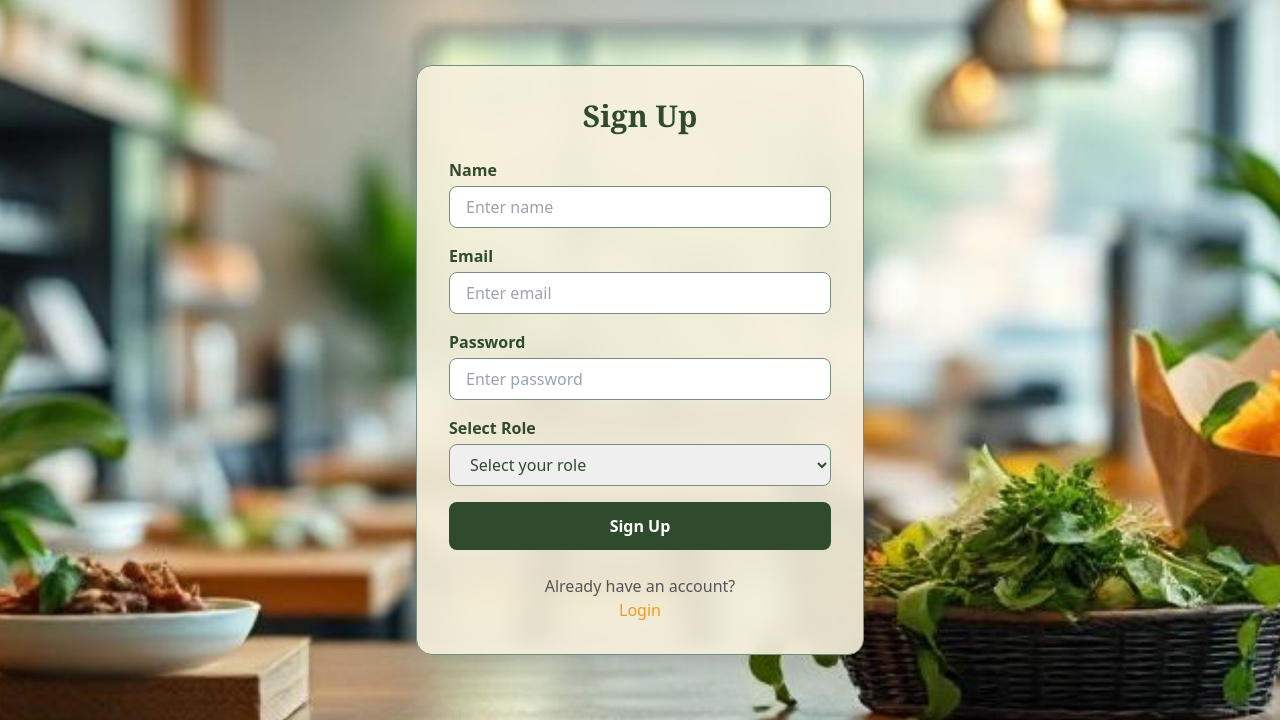
Repository: mahekagrawal25/restaurant-waste-management
Page: frontend/signup.html
An editor plug-in stored every save of this project. The page is shown before and after a run of saves, followed by the edit.
The browser window is 1280 px wide. The pictures show the whole page.
Some web libraries are served in a nearby version.

Above is the page before, as saved 2025-04-26 12:50:07.
Console error: TypeError: Cannot read properties of null (reading 'getElementsByTagName')

### frontend/signup.html
<!DOCTYPE html>
<html lang="en">
<head>
  <meta charset="UTF-8" />
  <meta name="viewport" content="width=device-width, initial-scale=1.0"/>
  <title>Sign Up | WasteRo</title>
  <script src="https://cdn.tailwindcss.com"></script>
  <style>
    body {
      background: url('./images/restro6.jpg') no-repeat center center/cover;
      min-height: 100vh;
    }
    .font-cambria {
      font-family: Cambria, Cochin, Georgia, Times, 'Times New Roman', serif;
    }
  </style>
</head>
<body class="flex items-center justify-center text-[#2F4A2C]">

  <div class="w-full max-w-md bg-[#F7F0DC] p-8 rounded-2xl shadow-2xl backdrop-blur-md bg-opacity-90 border border-[#788E7D]">
    <h2 class="text-3xl font-bold text-center font-cambria mb-6">Sign Up</h2>

    <form id="signupForm" class="space-y-4">

      <div>
        <label class="block font-semibold mb-1">Name</label>
        <input type="text" id="username" name="username"
               class="w-full px-4 py-2 border rounded-lg border-[#788E7D] focus:outline-none focus:ring-2 focus:ring-[#2F4A2C]"
               placeholder="Enter name" required>
      </div>

      <div>
        <label class="block font-semibold mb-1">Email</label>
        <input type="email" id="email" name="email"
               class="w-full px-4 py-2 border rounded-lg border-[#788E7D] focus:outline-none focus:ring-2 focus:ring-[#2F4A2C]"
               placeholder="Enter email" required>
      </div>

      <div>
        <label class="block font-semibold mb-1">Password</label>
        <input type="password" id="password" name="password"
               class="w-full px-4 py-2 border rounded-lg border-[#788E7D] focus:outline-none focus:ring-2 focus:ring-[#2F4A2C]"
               placeholder="Enter password" required>
      </div>

      <div>
        <label for="role" class="block font-semibold mb-1">Select Role</label>
        <select id="role" name="role"
                class="w-full px-4 py-2 border rounded-lg border-[#788E7D] text-[#2F4A2C] focus:outline-none focus:ring-2 focus:ring-[#2F4A2C]" required>
          <option value="" disabled selected>Select your role</option>
          <option value="restaurant">Restaurant</option>
          <option value="ngo">NGO</option>
          <option value="waste_collector">Waste Collector</option>
          <option value="admin">Admin</option>
        </select>
      </div>

      <button type="submit"
              class="w-full bg-[#2F4A2C] text-white py-3 rounded-lg font-semibold hover:bg-[#9E5C30] transition duration-300">
        Sign Up
      </button>

      <p id="signupMessage" class="text-center text-sm text-red-500 mt-1"></p>
    </form>

    <p class="mt-6 text-center text-[#555]">
      Already have an account? <br>
      <a href="index.html" class="text-[#F5971D] font-medium hover:underline">Login</a>
    </p>
  </div>

  <script src="script.js"></script>
</body>
</html>

### frontend/script.js
// 🌟 DOMContentLoaded event
document.addEventListener("DOMContentLoaded", () => {
  const token = localStorage.getItem("token");
  const userName = localStorage.getItem("username") || "User";
  const isDashboard = window.location.pathname.includes("dashboard.html");
  const isLogin = window.location.pathname.includes("index.html");
  const userId = localStorage.getItem("id");

  // ✅ Display username dynamically
  const userNameElement = document.getElementById("userName");
  if (userNameElement) userNameElement.textContent = userName;

  // ✅ Redirect logic based on token
  handleRedirection(token, isDashboard, isLogin);

  // ✅ Load dashboard data if logged in
  if (isDashboard && token) {
    loadDashboardData(token);
  }
});

// 🚀 Reusable redirection handler
function handleRedirection(token, isDashboard, isLogin) {
  if (!token && isDashboard) {
    console.log("No token, redirecting to login...");
    window.location.href = "index.html";
  } else if (token && isLogin) {
    console.log("User already logged in, redirecting to dashboard...");
    window.location.href = "restaurant_dashboard.html";
  }
}

// 🔥 Load dashboard data with error handling
async function loadDashboardData(token) {
  const activitiesTableBody = document.getElementById("activitiesTableBody");

  if (!activitiesTableBody) {
    console.error("Error: Couldn't find the activities table");
    return;
  }

  try {
    activitiesTableBody.innerHTML = `
      <tr><td colspan="5" class="loading">Loading activities...</td></tr>
    `;

    const response = await fetch("http://localhost:5000/api/auth/dashboard/activities", {
      method: "GET",
      headers: { Authorization: `Bearer ${token}` }
    });

    if (!response.ok) throw new Error(`HTTP error! status: ${response.status}`);

    const activities = await response.json();
    activitiesTableBody.innerHTML = "";

    if (activities.length === 0) {
      activitiesTableBody.innerHTML = `<tr><td colspan="5">No recent activities found</td></tr>`;
      return;
    }

    activities.forEach(activity => {
      const row = document.createElement("tr");
      const date = new Date(activity.created_at).toLocaleDateString();

      if (activity.type === 'waste') {
        row.innerHTML = `
          <td>🗑️ Waste</td>
          <td>${activity.description}</td>
          <td>${activity.category}</td>
          <td>${activity.quantity} ${activity.category === 'Food' ? 'kg' : 'units'}</td>
          <td>${date}</td>
        `;
      } else if (activity.type === 'donation') {
        row.innerHTML = `
          <td>♻️ Donation</td>
          <td>${activity.description}</td>
          <td>Donor: ${activity.donor_name}</td>
          <td>${activity.quantity} items</td>
          <td>${date}</td>
        `;
      } else if (activity.type === 'collection') {
        row.innerHTML = `
          <td>🚛 Collection</td>
          <td>${activity.description}</td>
          <td>${activity.status}</td>
          <td>-</td>
          <td>${new Date(activity.pickup_date).toLocaleDateString()}</td>
        `;
      }

      activitiesTableBody.appendChild(row);
    });

  } catch (error) {
    console.error("Error loading activities:", error);
    activitiesTableBody.innerHTML = `
      <tr><td colspan="5" class="error">Failed to load activities. Please try again.</td></tr>
    `;
  }
}

// 🌟 Login form submission
document.getElementById("loginForm")?.addEventListener("submit", async (event) => {
  event.preventDefault();

  const email = document.getElementById("email").value.trim();
  const password = document.getElementById("password").value.trim();
  const message = document.getElementById("message");

  try {
    const response = await fetch("http://localhost:5000/api/auth/login", {
      method: "POST",
      headers: { "Content-Type": "application/json" },
      body: JSON.stringify({ email, password })
    });

    const data = await response.json();

    if (response.ok) {
      localStorage.setItem("token", data.token);
      localStorage.setItem("username", data.username);
      localStorage.setItem("role", data.role);
      localStorage.setItem("id", data.id);

      message.textContent = "Login successful! Redirecting...";
      message.classList.remove("text-red-500");
      message.classList.add("text-green-500");

      setTimeout(() => {
        switch (data.role) {
          case "admin":
            window.location.href = "admin_dashboard.html";
            break;
          case "restaurant":
            window.location.href = "restaurant_dashboard.html";
            break;
          case "waste_collector":
            window.location.href = "collector_dashboard.html";
            break;
          case "ngo":
            window.location.href = "ngo_dashboard.html";
            break;
          default:
            alert("Unknown role. Contact support.");
        }
      }, 1500);
    } else {
      message.textContent = data.message || "Invalid credentials.";
      message.classList.remove("text-green-500");
      message.classList.add("text-red-500");
    }
  } catch (error) {
    console.error("Server error:", error);
    message.textContent = "Server error. Please try again later.";
    message.classList.remove("text-green-500");
    message.classList.add("text-red-500");
  }
});

// 🚀 Logout handler
document.getElementById("logoutBtn")?.addEventListener("click", () => {
  localStorage.clear();
  window.location.href = "index.html";
});

// ✅ Signup form submission
document.getElementById("signupForm")?.addEventListener("submit", async (event) => {
  event.preventDefault();

  const username = document.getElementById("username").value.trim();
  const email = document.getElementById("email").value.trim();
  const password = document.getElementById("password").value.trim();
  const role = document.getElementById("role").value;
  const message = document.getElementById("signupMessage");

  if (!username || !email || !password || !role) {
    message.textContent = "All fields are required.";
    message.classList.add("text-red-500");
    return;
  }

  try {
    const response = await fetch("http://localhost:5000/api/auth/signup", {
      method: "POST",
      headers: { "Content-Type": "application/json" },
      body: JSON.stringify({ username, email, password, role })
    });

    const data = await response.json();

    if (response.ok) {
      message.textContent = "Signup successful! Redirecting to login...";
      message.classList.remove("text-red-500");
      message.classList.add("text-green-500");

      setTimeout(() => {
        window.location.href = "index.html";
      }, 1500);
    } else {
      message.textContent = data.message || "Signup failed. Please try again.";
      message.classList.add("text-red-500");
    }
  } catch (error) {
    console.error("Server error:", error);
    message.textContent = "Server error. Please try again later.";
    message.classList.add("text-red-500");
  }
});

// ✅ Waste form submission
document.getElementById('wasteForm')?.addEventListener('submit', async (event) => {
  event.preventDefault();

  const description = document.getElementById('description').value.trim();
  const category = document.getElementById('category').value.trim();
  const quantity = document.getElementById('quantity').value.trim();
  const image = document.getElementById('image').value.trim() || null;
  const user_id = localStorage.getItem('id');
  const token = localStorage.getItem('token');

  if (!token) {
    alert('Please log in first.');
    return;
  }

  const formData = { description, category, quantity, image, user_id };

  try {
    const response = await fetch('http://localhost:5000/api/waste/addWaste', {
      method: 'POST',
      headers: {
        'Content-Type': 'application/json',
        'Authorization': `Bearer ${token}`
      },
      body: JSON.stringify(formData),
    });

    const data = await response.json();

    if (response.ok) {
      alert('✅ Waste added successfully!');
      document.getElementById('wasteForm').reset();
    } else {
      alert(`❌ Error: ${data.message}`);
    }
  } catch (error) {
    console.error('Error submitting waste:', error);
    alert('There was an error submitting the waste.');
  }
});



// ✅ Handle Request Collection Form Submission
document.getElementById("requestCollectionForm")?.addEventListener("submit", async (e) => {
  e.preventDefault();
  const token = localStorage.getItem("token");
  const statusMsg = document.getElementById("statusMsg");

  const waste_entry_id = document.getElementById("waste_entry_id").value;
  const description = document.getElementById("description").value.trim();

  try {
    const res = await fetch("http://localhost:5000/api/request-collection", {
      method: "POST",
      headers: {
        "Content-Type": "application/json",
        Authorization: `Bearer ${token}`,
      },
      body: JSON.stringify({ waste_entry_id, description }),
    });

    const data = await res.json();

    if (res.ok) {
      statusMsg.textContent = data.message;
      statusMsg.className = "status-msg success";
      document.getElementById("requestCollectionForm").reset();
    } else {
      statusMsg.textContent = data.message;
      statusMsg.className = "status-msg error";
    }
  } catch (err) {
    console.error("Error submitting request:", err);
    statusMsg.textContent = "Something went wrong.";
    statusMsg.className = "status-msg error";
  }
});

// ✅ Populate dropdown with user's waste entries
document.addEventListener("DOMContentLoaded", async () => {
  const token = localStorage.getItem("token");
  const dropdown = document.getElementById("waste_entry_id");

  if (!dropdown) return;

  try {
    const res = await fetch("http://localhost:5000/api/waste-entries", {
      headers: {
        Authorization: `Bearer ${token}`,
      },
    });

    const data = await res.json();

    if (Array.isArray(data)) {
      data.forEach((entry) => {
        const option = document.createElement("option");
        option.value = entry.id;
        option.textContent = `${entry.id} - ${entry.description}`;
        dropdown.appendChild(option);
      });
    }
  } catch (err) {
    console.error("Error loading waste entries:", err);
  }
});






// ✅ Handle Donate Food Form Submission
document.getElementById("foodDonationForm")?.addEventListener("submit", async (e) => {
  e.preventDefault();
  const token = localStorage.getItem("token");
  const statusMsg = document.getElementById("statusMsg");

  const description = document.getElementById("description").value.trim();
  const quantity = parseInt(document.getElementById("quantity").value, 10);
  const donor_name = document.getElementById("donor_name").value.trim();
  const contact = document.getElementById("contact").value.trim();

  try {
    const res = await fetch("http://localhost:5000/api/food-donations", {
      method: "POST",
      headers: {
        "Content-Type": "application/json",
        Authorization: `Bearer ${token}`,
      },
      body: JSON.stringify({
        description,
        quantity,
        donor_name,
        contact,
      }),
    });

    const data = await res.json();

    if (res.ok) {
      statusMsg.textContent = data.message || "Donation submitted successfully!";
      statusMsg.className = "status-msg success";
      document.getElementById("foodDonationForm").reset();
    } else {
      statusMsg.textContent = data.message || "Failed to submit donation.";
      statusMsg.className = "status-msg error";
    }
  } catch (err) {
    console.error("Error submitting donation:", err);
    statusMsg.textContent = "Something went wrong.";
    statusMsg.className = "status-msg error";
  }
});










document.addEventListener("DOMContentLoaded", () => {
  const pickupContainer = document.getElementById("pickupTable").getElementsByTagName('tbody')[0];

  // Fetch pending pickup requests
  async function loadPickupRequests() {
    try {
      const res = await fetch("http://localhost:5000/api/waste-collection/pending", {
        headers: {
          "Authorization": `Bearer ${localStorage.getItem("token")}`,
        },
      });

      if (!res.ok) throw new Error("Failed to fetch pickup requests");

      const pickups = await res.json();
      pickupContainer.innerHTML = ""; // Clear the current table rows

      if (pickups.length === 0) {
        pickupContainer.innerHTML = `<tr><td colspan="6" class="status-msg">No pending pickup requests.</td></tr>`;
        return;
      }

      pickups.forEach((pickup, index) => {
        const row = document.createElement("tr");

        row.innerHTML = `
          <td>${index + 1}</td>
          <td>${pickup.description}</td>
          <td>${pickup.category}</td>
          <td>${pickup.quantity}</td>
          <td>${new Date(pickup.created_at).toLocaleString()}</td>
          <td>
            <button class="btn-collect" data-id="${pickup.id}">
              Mark as Collected
            </button>
          </td>
        `;

        pickupContainer.appendChild(row);
      });
    } catch (err) {
      console.error("Error loading pickup requests:", err);
      pickupContainer.innerHTML = `<tr><td colspan="6" class="status-msg error">Unable to load pickup requests.</td></tr>`;
    }
  }


  // Mark as Collected
 // Mark as Collected
pickupContainer.addEventListener("click", async (e) => {
  if (e.target.classList.contains("btn-collect")) {
    const id = e.target.dataset.id;

    try {
      const res = await fetch(`http://localhost:5000/api/waste-collection/mark-collected/${id}`, {
        method: "POST",
        headers: {
          "Content-Type": "application/json",
          "Authorization": `Bearer ${localStorage.getItem("token")}`,
        },
      });

      if (!res.ok) {
        const errorData = await res.json();
        alert(errorData.message || "Failed to update status");
        return;
      }

      const data = await res.json();
      alert(data.message || "Marked as collected!");
      loadPickupRequests(); // Refresh list
    } catch (err) {
      console.error("Error marking as collected:", err);
      alert("Server error occurred");
    }
  }
});

  loadPickupRequests();
});










// ✅ Load Pickup History
async function loadPickupHistory() {
  try {
    const token = localStorage.getItem("token");
    const res = await fetch("http://127.0.0.1:5000/api/waste-collection/history", {

      headers: {
        "Authorization": `Bearer ${token}`
      }
    });

    const data = await res.json();

    const tbody = document.getElementById("pickup-history-body");
    if (!tbody) {
      console.error("pickup-history-body element not found in DOM.");
      return;
    }

    tbody.innerHTML = ""; // Clear previous rows

    data.forEach(entry => {
      const row = document.createElement("tr");
      row.innerHTML = `
        <td>${entry.id}</td>
        <td>${entry.description}</td>
        <td>${entry.category}</td>
        <td>${entry.quantity}</td>
        <td>${new Date(entry.pickup_date).toLocaleString()}</td>
      `;
      tbody.appendChild(row);
    });

  } catch (err) {
    console.error("Error loading pickup history:", err);
  }
}

// ✅ DOM Ready Hook for Safe Execution
document.addEventListener("DOMContentLoaded", () => {
  if (window.location.pathname.includes("pickup-history.html")) {
    loadPickupHistory();
  }
});














document.addEventListener("DOMContentLoaded", () => {
  const donationContainer = document.getElementById("donationTable").getElementsByTagName('tbody')[0];

  // Fetch pending donation requests
  async function loadDonationRequests() {
    try {
      const res = await fetch("http://localhost:5000/api/food-donations/pending", {
        headers: {
          "Authorization": `Bearer ${localStorage.getItem("token")}`,
        },
      });

      if (!res.ok) throw new Error("Failed to fetch donation requests");

      const donations = await res.json();
      donationContainer.innerHTML = ""; // Clear the current table rows

      if (donations.length === 0) {
        donationContainer.innerHTML = `<tr><td colspan="7" class="status-msg">No pending donation requests.</td></tr>`;
        return;
      }

      donations.forEach((donation, index) => {
        const row = document.createElement("tr");

        row.innerHTML = `
          <td>${index + 1}</td>
          <td>${donation.description}</td>
          <td>${donation.quantity}</td>
          <td>${donation.donor_name}</td>
          <td>${donation.contact}</td>
          <td>${new Date(donation.created_at).toLocaleString()}</td>
          <td>
            <button class="btn-collect" data-id="${donation.id}">
              Mark as Collected
            </button>
          </td>
        `;

        donationContainer.appendChild(row);
      });
    } catch (err) {
      console.error("Error loading donation requests:", err);
      donationContainer.innerHTML = `<tr><td colspan="7" class="status-msg error">Unable to load donation requests.</td></tr>`;
    }
  }

  // Mark as Collected
  donationContainer.addEventListener("click", async (e) => {
    if (e.target.classList.contains("btn-collect")) {
      const id = e.target.dataset.id;

      try {
        const res = await fetch(`http://localhost:5000/api/food-donations/mark-collected/${id}`, {
          method: "POST",
          headers: {
            "Content-Type": "application/json",
            "Authorization": `Bearer ${localStorage.getItem("token")}`,
          },
        });

        if (!res.ok) {
          const errorData = await res.json();
          alert(errorData.message || "Failed to update status");
          return;
        }

        const data = await res.json();
        alert(data.message || "Marked as collected!");
        loadDonationRequests(); // Refresh list
      } catch (err) {
        console.error("Error marking as collected:", err);
        alert("Server error occurred");
      }
    }
  });

  loadDonationRequests();
});












async function loadDonationHistory() {
  const token = localStorage.getItem("token");
  if (!token) {
    alert("Please log in first.");
    window.location.href = "login.html";
    return;
  }

  try {
    const res = await fetch("http://localhost:5000/api/food-donations/history", {
      headers: {
        "Authorization": `Bearer ${token}`
      }
    });

    if (!res.ok) throw new Error("Failed to fetch donation history");

    const data = await res.json();
    const tbody = document.getElementById("donation-history-body");
    tbody.innerHTML = "";

    if (data.length === 0) {
      tbody.innerHTML = `<tr><td colspan="8" style="text-align:center; color: #666;">No donation history found.</td></tr>`;
    }

    data.forEach(entry => {
      const row = document.createElement("tr");
      row.innerHTML = `
        <td>${entry.id}</td>
        <td>${entry.description}</td>
        <td>${entry.quantity}</td>
        <td>${entry.donor_name}</td>
        <td>${entry.contact}</td>
        <td>${new Date(entry.created_at).toLocaleString()}</td>
        <td class="${entry.status === 'collected' ? 'status-collected' : 'status-pending'}">${entry.status}</td>
        <td>${entry.collected_by || '-'}</td>
      `;
      tbody.appendChild(row);
    });


  } catch (error) {
    console.error("Error loading donation history:", error);
  }
}

// Auto-load when on donation-history.html
if (window.location.pathname.includes("donation-history.html")) {
  window.addEventListener("DOMContentLoaded", loadDonationHistory);
}

After the next 2 saves:
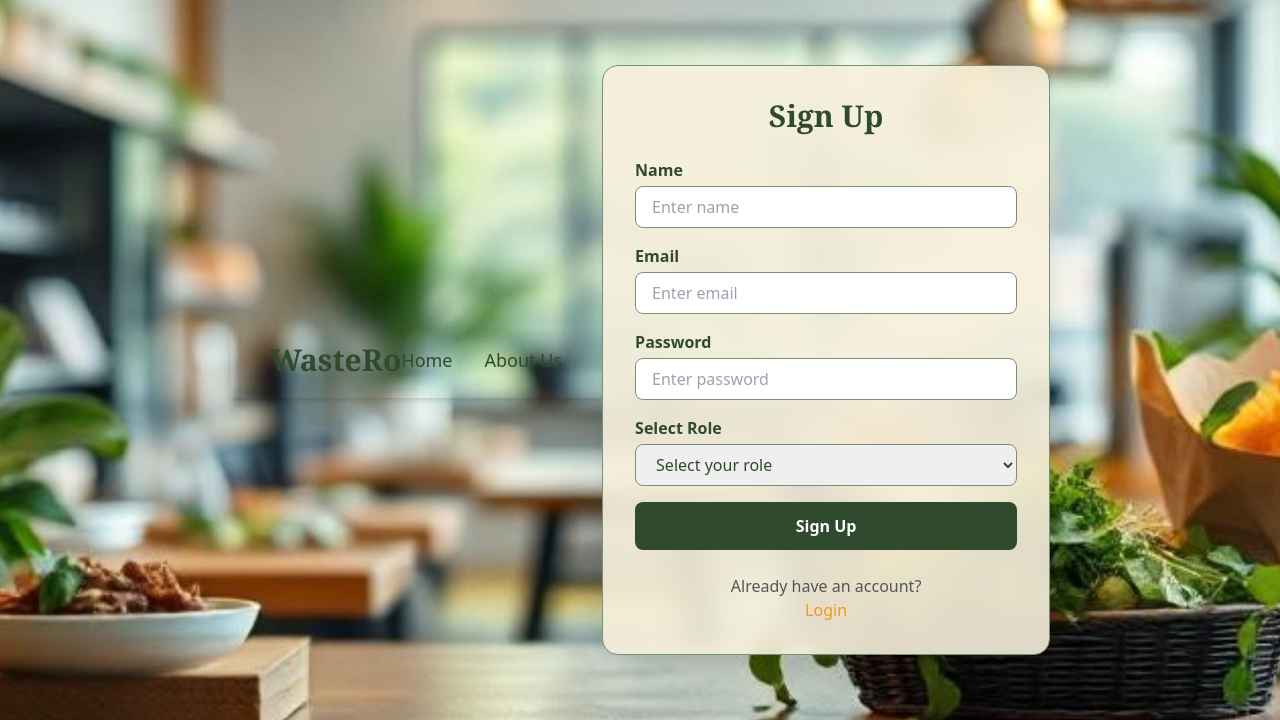
The 2 saves are shown as one change because they came seconds apart.
The last was saved 60 s later.
--- a/frontend/signup.html
+++ b/frontend/signup.html
@@ -16,6 +16,22 @@
   </style>
 </head>
 <body class="flex items-center justify-center text-[#2F4A2C]">
+
+     <!-- Navbar -->
+<nav class="bg-forest px-10 py-5 flex justify-between items-center shadow-md">
+  <!-- Title -->
+  <div class="text-3xl font-bold text-cream font-cambria">
+    WasteRo
+  </div>
+
+  <!-- Navigation Links -->
+  <div class="flex space-x-8 text-cream font-medium text-lg">
+    <a href="website_landing.html" class="hover:text-brightorange transition">Home</a>
+    <a href="aboutus.html" class="hover:text-brightorange transition">About Us</a>
+
+  </div>
+</nav>
+
 
   <div class="w-full max-w-md bg-[#F7F0DC] p-8 rounded-2xl shadow-2xl backdrop-blur-md bg-opacity-90 border border-[#788E7D]">
     <h2 class="text-3xl font-bold text-center font-cambria mb-6">Sign Up</h2>
